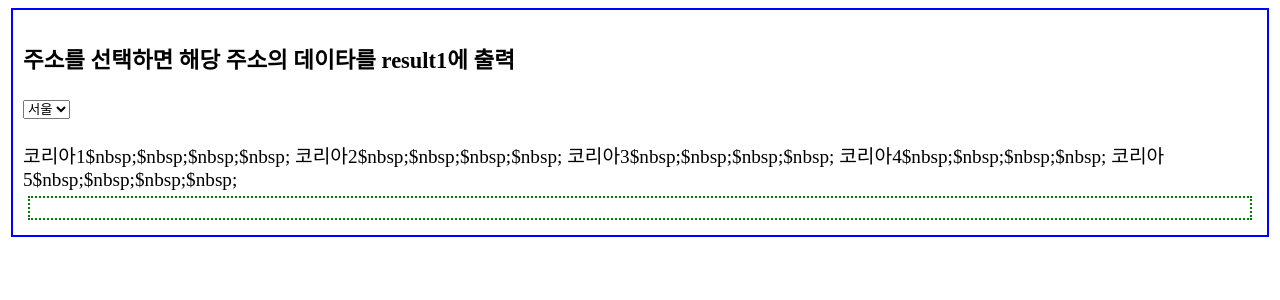
Repository: patternlobe-stack/MY_repository
Page: webpro/src/main/webapp/0916/data메소드.html
The author's editor kept a copy of each file at every save. The page is drawn from the files as they stood at one save, then again after the next save.
The browser window is 1280 px wide. The pictures show the whole page.

Above is the page before, as saved 2025-09-16 08:00:46.

After the next save:
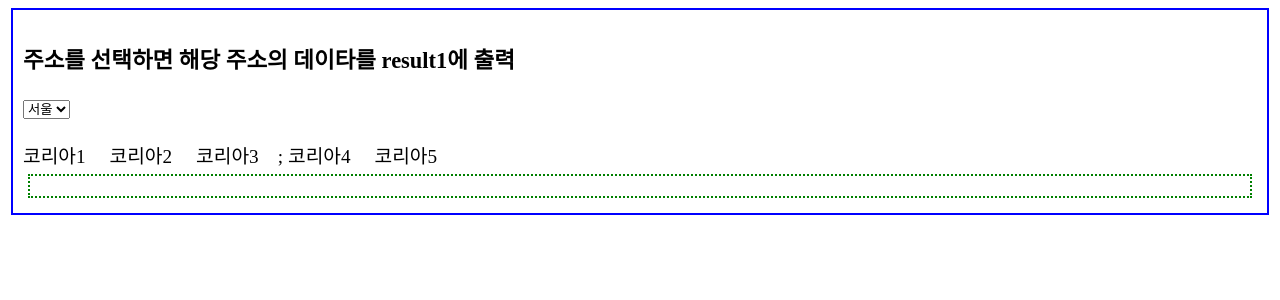
Saved 93 s later.
--- a/webpro/src/main/webapp/0916/data메소드.html
+++ b/webpro/src/main/webapp/0916/data메소드.html
@@ -46,11 +46,11 @@ $(()=>{
 
  		<br><br>
 
- 		<span data-name="코리아1" data-address="제주" data-code="10101">코리아1</span>$nbsp;$nbsp;$nbsp;$nbsp;
- 		<span data-name="코리아2" data-address="서울" data-code="10102">코리아2</span>$nbsp;$nbsp;$nbsp;$nbsp;
- 		<span data-name="코리아3" data-address="광주" data-code="10103">코리아3</span>$nbsp;$nbsp;$nbsp;$nbsp;
- 		<span data-name="코리아4" data-address="포천" data-code="10104">코리아4</span>$nbsp;$nbsp;$nbsp;$nbsp;
- 		<span data-name="코리아5" data-address="강릉" data-code="10105">코리아5</span>$nbsp;$nbsp;$nbsp;$nbsp;
+ 		<span data-name="코리아1" data-address="제주" data-code="10101">코리아1</span>&nbsp;&nbsp;&nbsp;&nbsp;
+ 		<span data-name="코리아2" data-address="서울" data-code="10102">코리아2</span>&nbsp;&nbsp;&nbsp;&nbsp;
+ 		<span data-name="코리아3" data-address="광주" data-code="10103">코리아3</span>&nbsp;&nbsp;&nbsp;&nbsp;;
+ 		<span data-name="코리아4" data-address="포천" data-code="10104">코리아4</span>&nbsp;&nbsp;&nbsp;&nbsp;
+ 		<span data-name="코리아5" data-address="강릉" data-code="10105">코리아5</span>&nbsp;&nbsp;&nbsp;&nbsp;
 
      <div id="result1"></div>
 </div>
